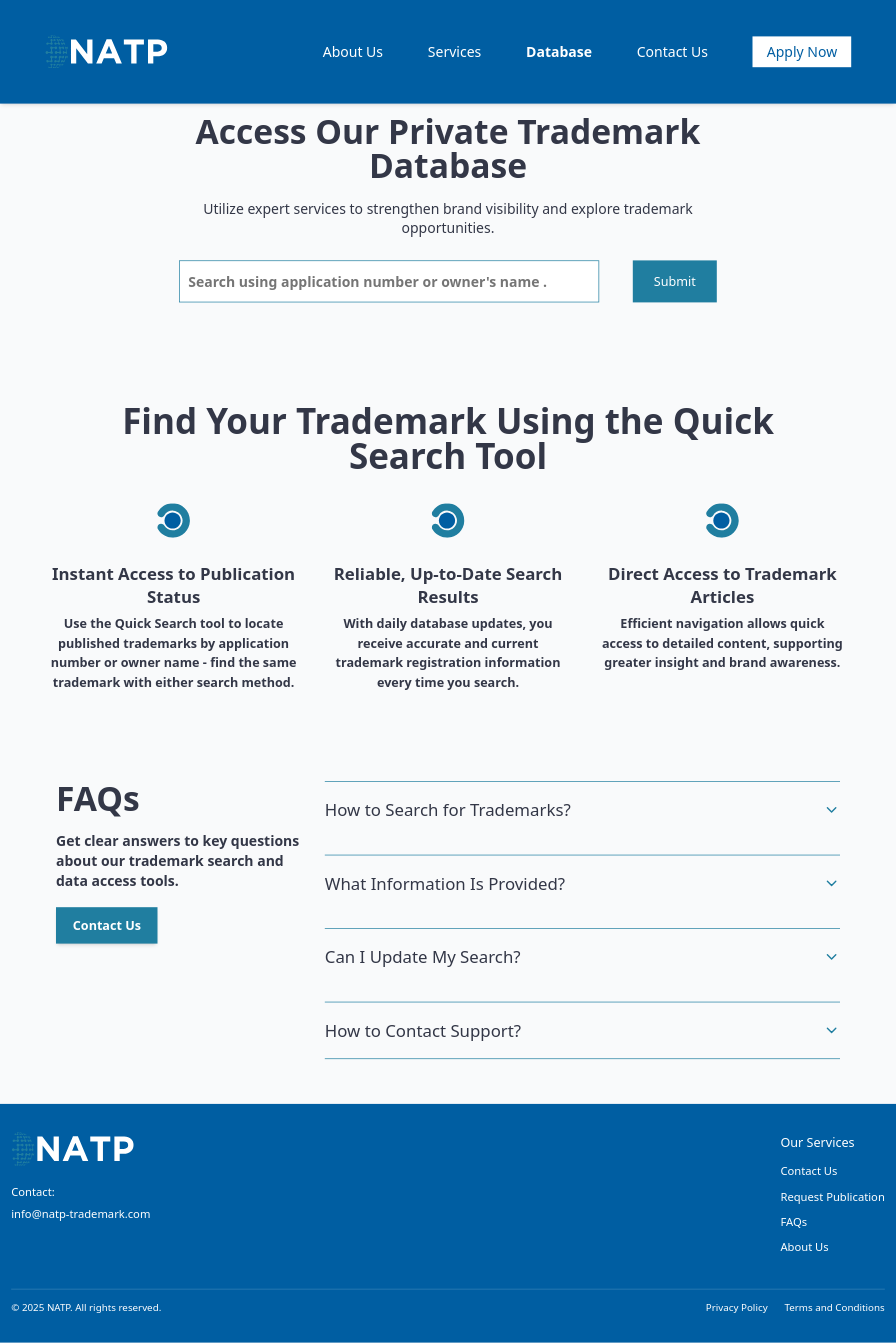
Repository: raushan22882917/natp-preview
Page: /search
An editor plug-in stored every save of this project. The page is shown before and after the next save, followed by the edit.
The browser window is 1280 px wide. The pictures show the whole page, at 70% of full size.
The project was rebuilt for these pictures with package versions that can differ from the ones it lists, and the page was loaded fresh each time. Also part of the build but not shown: vite.config.ts, src/components/ui/tooltip.tsx, src/components/Hero.tsx, src/hooks/use-hash-scroll.tsx, src/pages/Index.tsx, src/pages/About.tsx, src/components/ui/card.tsx, src/components/SearchResults.tsx and 34 more.

Above is the page before, as saved 2025-05-13 20:43:38.

After the next save:
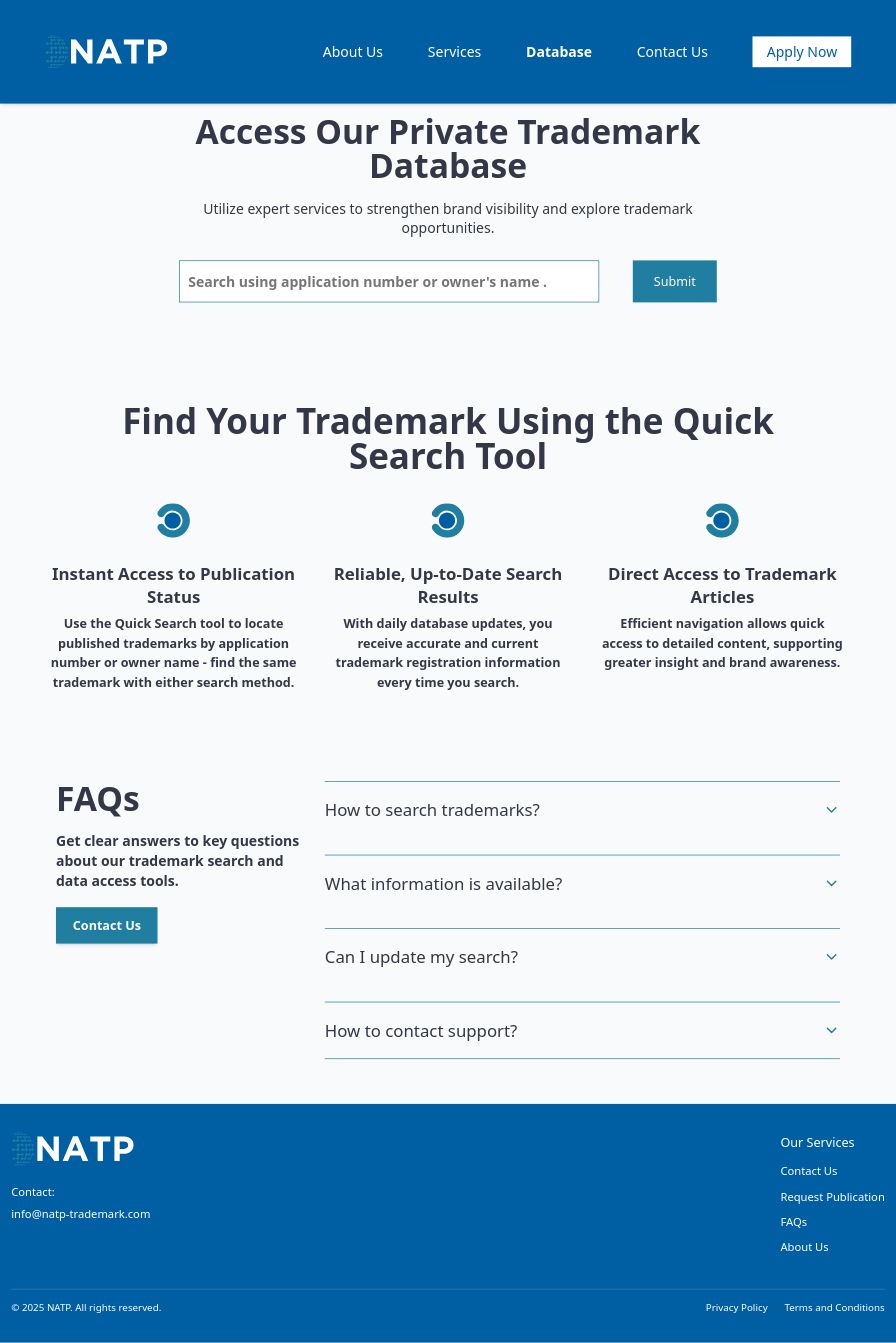
Saved 2 min 50 s later.
--- a/src/pages/Search.tsx
+++ b/src/pages/Search.tsx
@@ -201,24 +201,24 @@ export default function Search() {
   ];
   const faqs = [
     {
-      question: "How to Search for Trademarks?",
+      question: "How to search trademarks?",
       answer:
-        "You can find the same trademark by searching with either its application number or a word from its owner name or mark. Enter the application number (e.g., 97654321), a word from the trademark name, or a word from the owner name (except business entity terms like 'LLC', 'INC', or 'Corporation') in the search field and select 'Submit'. The search is case insensitive for all search types. For example, searching for 'raushan' will match both 'raushan' and 'RAUSHAN' in owner names, mark words, and application numbers. Each result links to a detailed article for further information.",
-    },
-    {
-      question: "What Information Is Provided?",
+        "To search for trademarks, enter the application number or company name in the search bar. Click the search button to view registered brands. Each brand icon will lead you to a detailed article.",
+    },
+    {
+      question: "What information is available?",
       answer:
-        "Each trademark entry includes an article with image, owner details, and application date. General trademark guidance is also available to support new brand owners.",
-    },
-    {
-      question: "Can I Update My Search?",
+        "You can find detailed articles about each trademark, including the trademark image, owner, and application date. We also provide general information about trademarks to enhance your understanding. This information is designed to support new brand owners.",
+    },
+    {
+      question: "Can I update my search?",
       answer:
-        "Yes. You may revise your search at any time by entering a new application number or company name and initiating a new query. This ensures access to the most current trademark status.",
-    },
-    {
-      question: "How to Contact Support?",
+        "Yes, you can modify your search at any time by entering a new application number or company name. Simply replace the existing input and click search again. This allows you to stay updated on your trademark status.",
+    },
+    {
+      question: "How to contact support?",
       answer:
-        "For further assistance, use the 'Contact Us' button to reach our support team. We are available to address inquiries and ensure reliable guidance on trademark-related matters.",
+        "If you have further questions, click the 'Contact' button for assistance. Our support team is available to help you with any inquiries. We are committed to providing the best support for your trademark needs.",
     },
   ];
 
